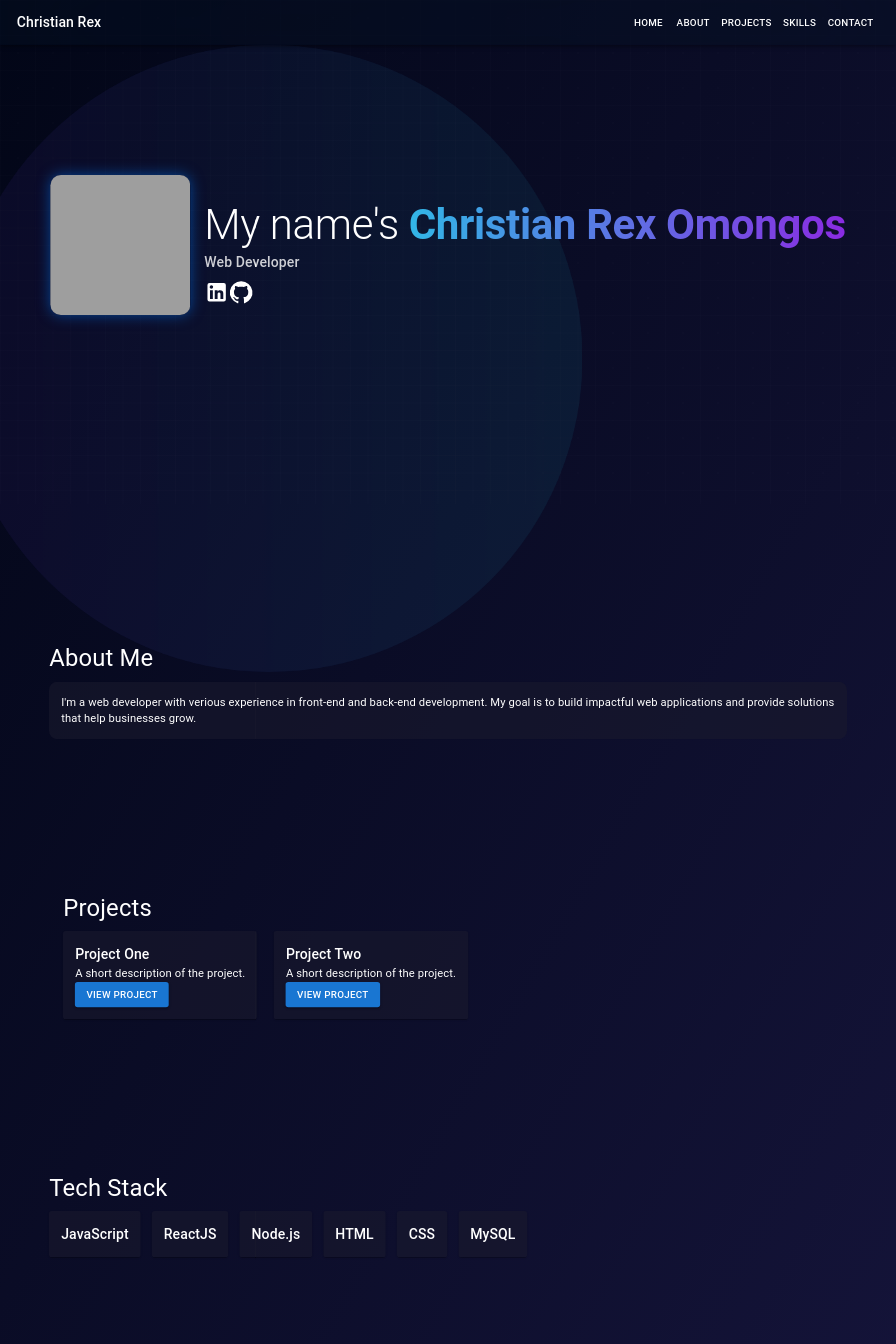
Repository: mikeshadowcoder/myWeb
Page: /
The author's editor kept a copy of each file at every save. The page is drawn from the files as they stood at one save, then again after the next save.
The browser window is 1280 px wide. The pictures show the part of the page from y = 0 to 1920 px (the page is 2643 px tall), at 70% of full size.
Pictures or frames that could not be fetched are drawn as grey boxes. The project was rebuilt for these pictures with package versions that can differ from the ones it lists, and the page was loaded fresh each time.

Above is the page before, as saved 2026-01-21 16:42:53.

### src/index.js
import React from 'react';
import ReactDOM from 'react-dom/client';
import './index.css';
import App from './App';
import 'bootstrap/dist/css/bootstrap.min.css';
import "./styles/global.css";

const root = ReactDOM.createRoot(document.getElementById('root'));
root.render(
  <React.StrictMode>
    <App />
  </React.StrictMode>
);

### src/App.js
import React, {useRef} from 'react';
//import { BrowserRouter as Router, Route, Routes } from 'react-router-dom';
import Header from './components/Header';
import Home from './components/Home';
import AboutMe from './components/AboutMe';
import Content from './components/Content';
import Skills from './components/Skills';
import Contact from './components/Contact';
import Footer from './components/Footer';
import Box from '@mui/material/Box';
import BackgroundShapes from './components/BackgroundShapes'


const App = () => {
  const homeRef = useRef(null);
  const aboutRef = useRef(null);
  const contentRef = useRef(null);
  const skillsRef = useRef(null);
  const contactRef = useRef(null);

  // Function to handle smooth scrolling
  const scrollToSection = (ref) => {
    const headerOffset = 200; // Adjust based on your AppBar height (default MUI AppBar is ~64px)
    const elementPosition = ref.current.getBoundingClientRect().top + window.scrollY;
    const offsetPosition = elementPosition - headerOffset;

    window.scrollTo({
      top: offsetPosition,
      behavior: "smooth",
    });
  };


  return (
    <div>
      {/* Pass the scroll function to Header for navigation */}
      <BackgroundShapes/>
      <Header
        onScrollToSection={{
          home: () => scrollToSection(homeRef),
          about: () => scrollToSection(aboutRef),
          content: () => scrollToSection(contentRef),
          skills: () => scrollToSection(skillsRef),
          contact: () => scrollToSection(contactRef),
        }}
      />
      <Box sx={{
        maxWidth: "89%",
        margin: "auto",
        // border: "2px solid red"
      }}>
       {/* Sections with attached refs */}
      <section ref={homeRef}>
        <Home />
      </section>

       <section ref={aboutRef}>
        <AboutMe />
      </section>

      <section ref={contentRef}>
        <Content />
      </section>

      <section ref={skillsRef}>
        <Skills />
      </section>

      <section ref={contactRef}>
        <Contact />
      </section>
      </Box>
      <section>
        <Footer/>
      </section>
    </div>
  );
};

export default App;

### src/styles/global.css
body {
    min-height: 100vh;
  background:
    linear-gradient(120deg, #020617, #1e1b4b, #312e81, #0f172a);
  background-size: 400% 400%;
  /* animation: gradientShift 30s ease infinite; */
    color: white;
    margin: 0;
    padding: 0;
    font-family: 'Arial', sans-serif;
  }

  /* @keyframes gradientShift {
  0%   { background-position: 0% 50%; }
  50%  { background-position: 100% 50%; }
  100% { background-position: 0% 50%; }
} */

/* @media (prefers-reduced-motion: reduce) {
  body {
    animation: none;
  }
} */

.gradient-text {
  background: linear-gradient(90deg, rgb(50, 182, 230), rgb(138, 43, 226)); /* Customize here */
  -webkit-background-clip: text;
  background-clip: text;
  -webkit-text-fill-color: transparent;
  color: transparent;
}

### src/components/Header.js
import React from 'react';
import { AppBar, Toolbar, Typography, Button } from '@mui/material';
import "../styles/header.css";
//import { Link } from 'react-router-dom';

const Header = ({onScrollToSection}) => {
  return (
    <AppBar className="header">
      <Toolbar>
        <Typography variant="h6" sx={{flexGrow:1}}>
          Christian Rex
        </Typography>
        <Button color="inherit" onClick={onScrollToSection.home}>Home</Button>
        <Button color="inherit" onClick={onScrollToSection.about}>About</Button>
        <Button color="inherit" onClick={onScrollToSection.content}>Projects</Button>
        <Button color="inherit" onClick={onScrollToSection.skills}>Skills</Button>
        <Button color="inherit" onClick={onScrollToSection.contact}>Contact</Button>
      </Toolbar>
    </AppBar>
  )
};

export default Header;

### src/components/Home.js
import React from "react";
import { Box, Typography, Button } from "@mui/material";
import LinkedInIcon from "@mui/icons-material/LinkedIn";
import GitHubIcon from "@mui/icons-material/GitHub";
// import FacebookIcon from "@mui/icons-material/Facebook";
import profilePic from "../assets/images/profilePic.jpg";

const Home = () => {
  return (
    <Box
      sx={{
        display: "flex",
        alignItems: "center",
        justifyContent: "center",
        minHeight: "100vh",
        color: "white",
        width: "100%",
        textAlign: "center",
      }}
    >
      <Box
        sx={{
          display: "flex",
          alignItems: "center",
          gap: "20px", // Space between image and text
          flexWrap: "wrap", // Ensures responsiveness
        }}
      >
      {/* Profile Image */}
      <Box
        component="img"
        src={profilePic} //Profile Picture
        alt="Profile"
        sx={{
          width: "200px",
          height: "200px",
          borderRadius: "15px",
          boxShadow: "0 0 20px rgba(0, 123, 255, 0.5)",
          marginBottom: "20px",
          objectFit: "cover"
        }}
      />

      {/* Text Section */}
      <Box sx={{ textAlign: "left"}}>
        <Typography variant="h2">
          My name's {" "}
          <Typography variant="h2" component="span" className="gradient-text" sx={{ fontWeight: "bold" }}>Christian Rex Omongos</Typography>
        </Typography>

        <Typography variant="h6" sx={{ marginBottom: "10px", opacity: 0.8 }}>
          Web Developer
        </Typography>

        {/* Social Media Icons */}
        <Box sx={{ display: "flex",}}>
          <Button href="https://linkedin.com/in/christianrex/" target="_blank" sx={{ color: "white", minWidth: 0, padding: 0 }}>
            <LinkedInIcon fontSize="large" />
          </Button>
          <Button href="https://github.com/mikeshadowcoder" target="_blank" sx={{ color: "white", minWidth: 0, padding: 0 }}>
            <GitHubIcon fontSize="large" />
          </Button>
        </Box>
      </Box>
    </Box>
  </Box>
  );
};

export default Home;

### src/components/AboutMe.js
import React from 'react';
import { Typography, Box } from '@mui/material';
import "../styles/boxStyling.css"

const AboutMe = () => {

  return (
    <Box sx={{ mt: 25, mb: 25, width: "100%" }}>
        <Typography variant="h4" gutterBottom>About Me</Typography>
      <Box className="box-container">
          <Typography>
            I'm a web developer with verious experience in front-end and back-end development.
            My goal is to build impactful web applications and provide solutions that
            help businesses grow.
          </Typography>
      </Box>
    </Box>
  );
};

export default AboutMe;

### src/components/Content.js
import React from 'react';
import { Grid2, Paper, Typography, Button, Box } from '@mui/material';
// import MacWindowHeader from './UI/MacWindowHeader';
import "../styles/boxStyling.css";

const Content = () => {
  const projects = [
    {
      title: 'Project One',
      description: 'A short description of the project.',
      link: 'https://github.com/your-repo/project-one',
    },
    {
      title: 'Project Two',
      description: 'A short description of the project.',
      link: 'https://github.com/your-repo/project-two',
    },
    // Add more projects here
  ];

  return (
  <Box>
    {/* <MacWindowHeader/> */}
    <Box sx={{ padding: "20px"}}>

        <Typography variant="h4" gutterBottom>Projects</Typography>
        <Grid2 container spacing={3}>
          {projects.map((project, index) => (
            <Grid2 item xs={12} sm={6} key={index}>
              <Paper className='box-container' sx={{ padding: 2, bgcolor: 'rgba(26, 26, 46, 0.6)', color: 'rgba(255, 255, 255, 1)'}}>
                <Typography variant="h6">{project.title}</Typography>
                <Typography>{project.description}</Typography>
                <Button variant="contained" href={project.link} target="_blank">
                  View Project
                </Button>
              </Paper>
            </Grid2>
          ))}
        </Grid2>

    </Box>
  </Box>
  );
};

export default Content;

### src/components/Skills.js
import React from 'react';
import { Grid2, Paper, Typography, Box } from '@mui/material';
import "../styles/boxStyling.css"

const Skills = () => {
  const skills = ['JavaScript', 'ReactJS', 'Node.js', 'HTML', 'CSS', 'MySQL'];

  return (
    <Box sx={{ mt: 25, width: "100%", }}>
      <Typography variant="h4" gutterBottom >Tech Stack</Typography>
      <Box> {/* REDUNDANT might remove later*/}
      <Grid2 container spacing={2} >
        {skills.map((skill, index) => (
          <Grid2 item xs={12} sm={6} md={4} key={index}>
            <Paper className="box-container" sx={{ padding: 2, textAlign: 'center', bgcolor: 'rgba(26, 26, 46, 0.6)', color: 'rgba(255, 255, 255, 1)' }}>
              <Typography variant="h6">{skill}</Typography>
            </Paper>
          </Grid2>
        ))}
      </Grid2>
      </Box>

    </Box>
  );
};

export default Skills;

### src/components/Contact.js
import React, { useState } from 'react';
import { Typography, TextField, Button, Box, Alert } from '@mui/material';
import "../styles/boxStyling.css"

const Contact = () => {
  const [success, setSuccess] = useState(false);
  const [error, setError] = useState(false);

  const handleSubmit = async (event) => {
    event.preventDefault();
    setError(false);
    setSuccess(false);

    const formData = new FormData(event.target);

    try {
      const response = await fetch("https://formsubmit.co/bufferingupbruh1994@gmail.com", {
        method: "POST",
        body: formData,
      });

      if (response.ok) {
        setSuccess(true);
        event.target.reset(); // Reset the form after success
        setTimeout(() => setSuccess(false), 5000);
      } else {
        setError(true);
        setTimeout(() => setError(false), 5000);

      }
    } catch (err) {
      setError(true);
      setTimeout(() => setError(false), 5000);
    }
  }


  return (
    <Box
    sx={{
      p: 4,
      mt: 25,
      mb: 10
    }}
    >
      <Typography variant="h4" gutterBottom>Contact Me</Typography>
      <Box className="box-container" >
        {/* Success Message */}
        {success && <Alert severity="success">Message sent</Alert>}
        {error && <Alert severity="error">Failed to send message. Please try again.</Alert>}
        <form onSubmit={handleSubmit}>

          <input type="hidden" name="_captcha" value="false" />

          {/*Subject*/}
          <TextField
          label="Subject"
          name="Subject"
          fullWidth
          margin="normal"
          required
          slotProps={{inputLabel: { style: { color: "white" } } }} // Make label white
          sx={{
            input: { color: "white" },
            "& .MuiOutlinedInput-root": {
              "& fieldset": { borderColor: "white" }, // Border color
              "&:hover fieldset": { borderColor: "#ccc" }, // Hover effect
              },
            }}
          />

          {/*Email*/}
          <TextField label="Your Email"
          name="Email"
          type="email"
          fullWidth
          margin="normal"
          required
          slotProps={{inputLabel: { style: { color: "white" } } }} // Make label white
          sx={{
            input: { color: "white" },
            "& .MuiOutlinedInput-root": {
              "& fieldset": { borderColor: "white" }, // Border color
              "&:hover fieldset": { borderColor: "#ccc" }, // Hover effect
              },
            }}
          />

          {/*Message*/}
          <TextField label="Your Message"
          name="Message"
          fullWidth
          multiline
          rows={4}
          margin="normal"
          slotProps={{inputLabel: { style: { color: "white" } } }} // Make label white
          sx={{
            "& textarea": {color: "white"},
            "& .MuiOutlinedInput-root": {
              "& fieldset": { borderColor: "white" }, // Border color
              "&:hover fieldset": { borderColor: "#ccc" }, // Hover effect
              },
            }}
          />
          <Button type="submit" variant="contained" sx={{ mt: 2 }}>Send Message</Button>
        </form>
        </Box>
    </Box>
  );
};

export default Contact;

### src/components/Footer.js
import React from 'react';
import { Box, Typography } from "@mui/material";


const Footer = () => {
    return (
        <Box
            sx={{
                width: "100%",
                color: "white",
                textAlign: "center",
                mt: 4,
                mb: 2,
                borderTop: "1px solid rgba(255, 255, 255, 0.08)",
                pt: 2,
            }}
        >
            <Typography variant="body2" sx={{ color: " rgba(255, 255, 255, 0.5) "}}>
                © {new Date().getFullYear()} Christain Rex Omongos. All Rights Reserved.
            </Typography>
        </Box>
    )
}

export default Footer;

### src/components/BackgroundShapes.js
import React from "react";
import "../styles/background.css"; // Import styles

const BackgroundShapes = () => {
  return (
    <>
    <div className="grid-container">
      <svg class="bg" viewBox="0 0 100 100" preserveAspectRatio="xMidYMid slice">
        <defs>
          <linearGradient id="g1">
            <stop offset="0%" stop-color="#7c3aed"/>
            <stop offset="100%" stop-color="#22d3ee"/>
          </linearGradient>
        </defs>
        <circle cx="30" cy="40" r="35" fill="url(#g1)" opacity="0.25" />
      </svg>
      {/* <div className="gradient-blobs" /> */}
    </div>
    </>
  );
};

export default BackgroundShapes;

### src/styles/header.css
.header {
  position: sticky;
  scroll-behavior: smooth;
  background-color: rgba(5, 19, 35, .4) !important;
  backdrop-filter: blur(80px);
  color: #ffffff !important;
  /* z-index: 1200 !important; */
  overflow: hidden;
}

### src/styles/boxStyling.css
.box-container {
    width: 100%;
    /* height: 400px; */
    padding: 16px;
    border-radius: 12px;
    border: 1px solid transparent;
    /* background: linear-gradient(to bottom right, rgba(26, 26, 46, 0.6), rgba(22, 33, 62, 0.6)); */
    background: rgba( 26, 26, 46, 0.6);
    transition: border 0.3s ease-in-out, box-shadow 0.3s ease-in-out;
  }

  .box-container:hover {
    border: 1px solid #3b82f6;
    box-shadow: 0px 0px 10px rgba(59, 130, 246, 0.5);
  }

  /* .test {
    color: rgb(99, 102, 241);
    background-image: linear-gradient(45deg, rgb(99, 102, 241) 10%, rgb(168, 85, 247) 93%);
    background-clip: text;
    -webkit-text-fill-color: transparent;
    font-weight: 800 !important;
  } */

### src/styles/background.css
/* Background Shapes and Grid Overlay */
.shapes-container {
    position: fixed;
    top: 0;
    left: 0;
    width: 100%;
    height: 100%;
    overflow: hidden;
    filter: blur(60px); /* Blur Effect */
    z-index: -2; /* Keep shapes behind content */
    pointer-events: none;
  }

  .grid-container{
    position: fixed;
    top: 0;
    left: 0;
    width: 100%;
    height: 100%;
    background-image:
      linear-gradient(rgba(255, 255, 255, 0.04) 1px, transparent 1px),
      linear-gradient(90deg, rgba(255, 255, 255, 0.04) 1px, transparent 1px);
    background-size: 25px 25px; /* Grid spacing */
    opacity: 0.3;
    z-index: -1;
    pointer-events: none;
  }


  .gradient-blobs {
  position: fixed;
  inset: 0;
  z-index: -1;
  pointer-events: none;

  background:
    radial-gradient(circle at 20% 30%, #7c3aed66, transparent 55%),
    radial-gradient(circle at 80% 70%, #22d3ee66, transparent 55%),
    radial-gradient(circle at 50% 90%, #ec489966, transparent 60%);

  animation: blobDrift 45s ease-in-out infinite;
  will-change: background-position;
}

@keyframes blobDrift {
  0%   { background-position: 0% 0%, 100% 100%, 50% 100%; }
  50%  { background-position: 20% 30%, 80% 60%, 50% 80%; }
  100% { background-position: 0% 0%, 100% 100%, 50% 100%; }
}

  .bg {
  position: fixed;
  inset: 0;
  z-index: -1;
  animation: float 30s ease-in-out infinite;
  will-change: transform;
}

Loaded but not shown: public/index.html (common file); src/index.css (common file)

After the next save:
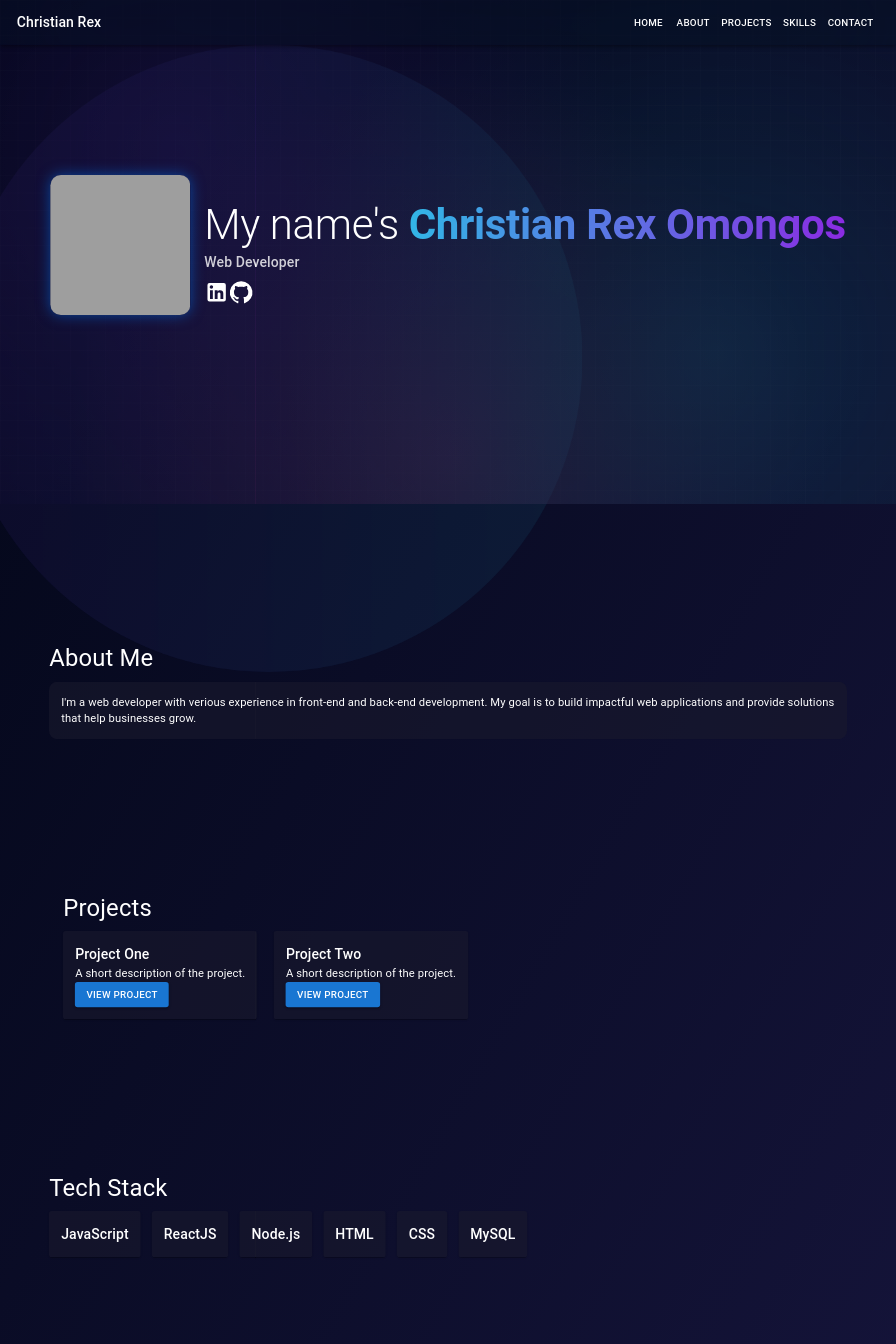
Saved 6 s later.
--- a/src/components/BackgroundShapes.js
+++ b/src/components/BackgroundShapes.js
@@ -14,7 +14,7 @@
         </defs>
         <circle cx="30" cy="40" r="35" fill="url(#g1)" opacity="0.25" />
       </svg>
-      {/* <div className="gradient-blobs" /> */}
+      <div className="gradient-blobs" />
     </div>
     </>
   );
